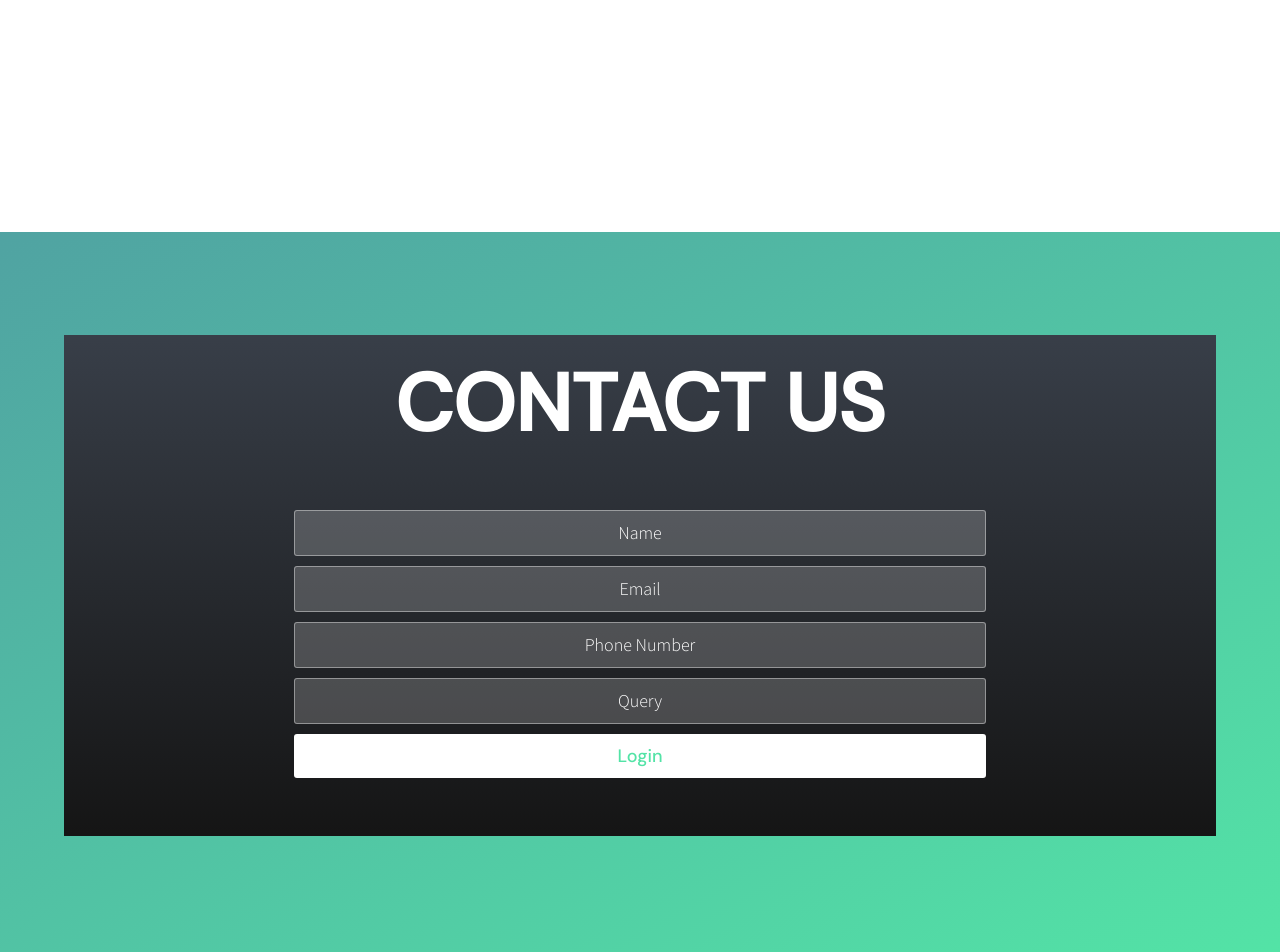
Repository: Jrap-bit/PeriodofSharing
Page: index.html
An editor plug-in stored every save of this project. The page is shown before and after the next save, followed by the edit.
The browser window is 1280 px wide. The pictures show the part of the page from y = 1325 to 2277 px (the page is 2277 px tall).

Above is the page before, as saved 2022-01-16 01:22:37.

### index.html
<!DOCTYPE html>
<html lang="en">
  <head>
    <meta charset="UTF-8" />
    <meta http-equiv="X-UA-Compatible" content="IE=edge" />
    <meta name="viewport" content="width=device-width, initial-scale=1.0" />
    <link rel="stylesheet" href="style.css" />
    <title>#PeriodofSharing</title>
  </head>
  <body>
    <nav>
      <div class="logo">
          <a href="#" class = "brand-title">Brand Name</a>
      </div>
      <ul>
          <li>
              <a href="#">Home</a>
          </li>
          <li>
              <a href="#">
              About
          </a>
          </li>
          <li>
              <a href="#">
              Contact
          </a>
          </li>
      </ul>
  </nav>
    <div id="Home" class="home">
      <h1>#PeriodofSharing</h1>
      <p>
        For every 30 Rupees that you donate, we will purchase one packet of sofy
        sanitary napkins that contain 8 pads. This packet of sanitary napkins
        will be distributed for free to girls in Govt. schools, slums,
        orphanages in the age group of 12 to 20.
      </p>
      <div>
        <a href="Donate.html"><button class="donate-button">Donate</button></a>
      </div>
    </div>
    <div id="About" class="about">
      <p>
        At any given time, girls across India cannot afford sanitary napkins.
        Instead they use cloth, grass, newspapers and other unhygienic materials
        that increase their risk of contracting infections. It is estimated that
        over 80% of all women in India do not have access to sanitary products
        during menstruation.
      </p>
      <p>
        Female menstruation is still considered a social taboo and as such, 9
        out of 10 girls are unaware of their menstrual cycles. The ones who are
        aware of it are not open to talking about it.
      </p>
      <p>
        Those who purchase their own sanitary products are all too familiar with
        their products being wrapped in paper to “shield” the public from any
        knowledge of the existence of a period.
      </p>
      <p>
        Our mission is to raise awareness on gender issues and bring it out in
        the open. Through our programs, we teach young girls that their
        menstrual cycles are natural, a sign of good reproductive health and is
        something they have in common with girls in countries worldwide!
        Furthermore, we hold sessions with the mothers of the girls to bring the
        topic of menstruation out into the open, allow them to ask questions and
        look at menstruation for the natural and healthy process it is.
      </p>
    </div>
    <div class="contact" id="Contact">
      <div class="wrapper">
        <div class="container">
          <form class="form">
            <h1 class="form-header">CONTACT US</h1>
            <input type="text" placeholder="Name" />
            <input type="text" placeholder="Email" />
            <input type="text" placeholder="Phone Number" />
            <input type="text" placeholder="Query" />
            <button type="submit" id="login-button">Login</button>
          </form>
        </div>
      </div>
    </div>
  </body>
</html>

### style.css
@import url('https://fonts.googleapis.com/css2?family=DM+Sans:wght@500&display=swap');
@import url('https://fonts.googleapis.com/css2?family=Bebas+Neue&family=Lobster&family=Permanent+Marker&display=swap');
@import url('https://fonts.googleapis.com/css?family=Source+Sans+Pro:200,300');


* {
    box-sizing: border-box;
    font-family: 'DM Sans', sans-serif;
    font-weight: 300;
}

body {
    margin: 0;
    padding: 0;
    font-family: 'Source Sans Pro', sans-serif;
	 color: black;
	 font-weight: 300;
}

body ::-webkit-input-placeholder {
    font-family: 'Source Sans Pro', sans-serif;
    color: white;
    font-weight: 300;
}
body :-moz-placeholder {
    font-family: 'Source Sans Pro', sans-serif;
    color: white;
    opacity: 1;
    font-weight: 300;
}
body ::-moz-placeholder {
    font-family: 'Source Sans Pro', sans-serif;
    color: white;
    opacity: 1;
    font-weight: 300;
}
body :-ms-input-placeholder {
    font-family: 'Source Sans Pro', sans-serif;
    color: white;
    font-weight: 300;
}
.wrapper {
    background: #50a3a2;
    background: -webkit-linear-gradient(top left,#50a3a2 0%,#53e3a6 100%);
    background: -moz-linear-gradient(top left,#50a3a2 0%,#53e3a6 100%);
    background: -o-linear-gradient(top left,#50a3a2 0%,#53e3a6 100%);
    background: linear-gradient(to bottom right,#50a3a2 0%,#53e3a6 100%);
    position: absolute;
    left: 0;
    width: 100%;
    height: 100vh;
    overflow: hidden;
}
.wrapper.form-success .container h1 {
    transform: translateY(85px);
}
.container {
    max-width: 90%;
    margin: 8% auto;
    padding: 0px 0;
    height: 50%;
    text-align: center;
}

.form-header{
    font-family: 'DM Sans', sans-serif;
    color: #fff;
    margin-top: -40px;
    font-weight: 600;
    font-size: 5rem;
}

form {
    display:flexbox;
    justify-content: center;
    align-items: center;
    background: linear-gradient(rgba(51, 58, 69, 0.9), rgba(0, 0, 0, 0.8)), #686868;
    padding: 5% 0;
    position: relative;
    z-index: 2;
}
form input {
    display: block;
    appearance: none;
    outline: 0;
    border: 1px solid rgba(255,255,255,0.4);
    background-color: rgba(255,255,255,0.2);
    width: 60%;
    border-radius: 3px;
    padding: 10px 15px;
    margin: 0 auto 10px auto;
    text-align: center;
    font-size: 18px;
    color: white;
    transition-duration: 0.25s;
    font-weight: 300;
}
form input:hover {
    background-color: rgba(255,255,255,0.4);
}
form input:focus {
    background-color: white;
    width: 80%;
    color: #53e3a6;
}
form button {
    appearance: none;
    outline: 0;
    background-color: white;
    border: 0;
    padding: 10px 15px;
    color: #53e3a6;
    border-radius: 3px;
    width: 60%;
    cursor: pointer;
    font-size: 18px;
    transition-duration: 0.25s;
}
form button:hover {
    background-color: #f5f7f9;
}

html{
    scroll-behavior: smooth;
}

.donate-button{
    appearance: none;
    outline: 0;
    background-color: white;
    border: 0;
    padding: 10px 15px;
    color: #53e3a6;
    border-radius: 3px;
    width: 250px;
    cursor: pointer;
    font-size: 18px;
    transition-duration: 0.25s;
}
.donate-button:hover{
    background-color: #f5f7f9;
}

.brand-title{
    font-family: 'Lobster', cursive;
    font-size: 3rem;
    margin: 10px 50px;
    margin-bottom: 15px;
    margin-left: 2%;

}

nav a{
    text-decoration: none;
    color: white;
}
nav a::after{
    text-decoration: none;
}

nav {
    padding-left: 100px;
    padding-right: 100px;
}

nav,
nav ul {
    display: flex;
    justify-content: space-around;
    align-items: center;
    width: 100%;
}

nav {
    background-color: #283646;
    height: 80px;
}

nav ul li {
    font-size: 1.3rem;
    font-family: 'Montserrat', sans-serif;
    list-style-type: none;
}

nav ul li a {
    text-decoration: none;
    color: white;
}

nav ul li a:hover {
    color: yellowgreen;
}

@media only screen and (max-width: 768px) {
    nav {
        padding: unset !important
    }
}

@media only screen and (max-width: 576px) {
    nav,
    nav ul {
        height: auto;
        display: flex;
        flex-flow: column wrap;
    }
    nav ul li {
        width: 100%;
    }
    nav ul li a {
        width: 100%;
        display: flex;
        align-items: center;
        justify-content: center;
        width: 100%;
        height: 50px;
    }
    nav ul li a:hover {
        color: white;
        background-color: yellowgreen;
    }
}


.about{
    height: 100vh;

}

.home{
    height: 100vh;
    background: url("https://csrbox.org/full_stories_img/1528786858Sanitary%20Pad%20Donation%20(8).JPG");
    filter: brightness(40%)
}

After the next save:
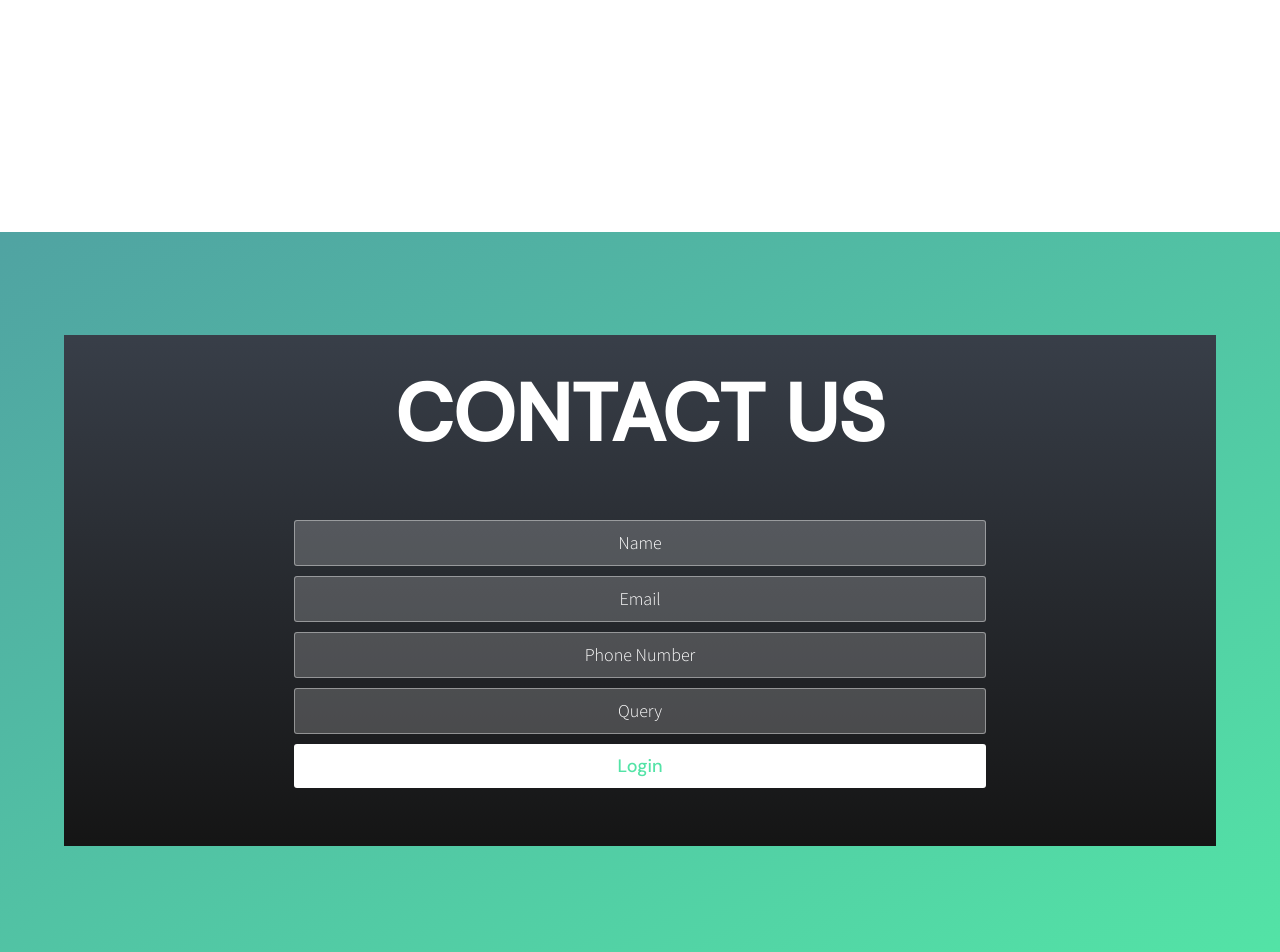
Saved 8 s later.
--- a/style.css
+++ b/style.css
@@ -65,7 +65,7 @@ body :-ms-input-placeholder {
 .form-header{
     font-family: 'DM Sans', sans-serif;
     color: #fff;
-    margin-top: -40px;
+    margin-top: -30px;
     font-weight: 600;
     font-size: 5rem;
 }
